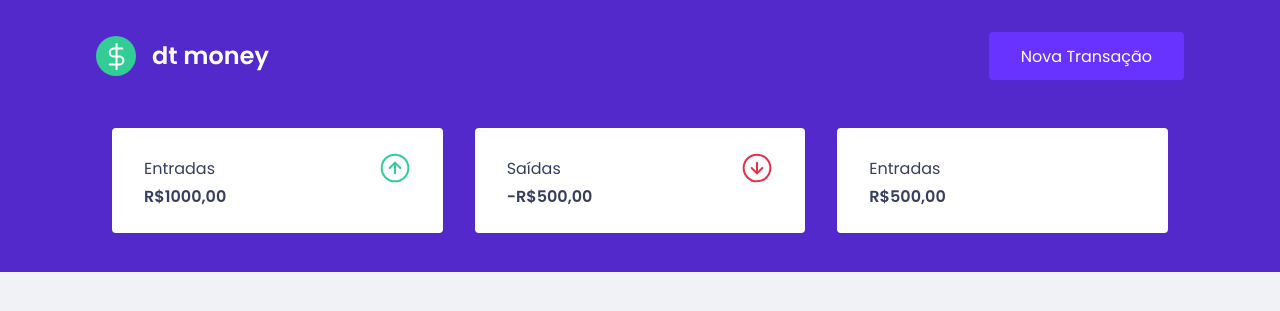
Repository: FreitasGabriel/dtmoney
Page: /
These files come from the project's save history. The page is drawn as it stood at one moment and after the next save; the edit follows.
The browser window is 1280 px wide. The pictures show the whole page.
The project was rebuilt for these pictures with package versions that can differ from the ones it lists, and the page was loaded fresh each time.

Above is the page before, as saved 2021-03-15 21:12:03.

### public/index.html
<!DOCTYPE html>
<html lang="en">

<head>
    <link rel="preconnect" href="https://fonts.gstatic.com">
    <meta charset="UTF-8">
    <meta name="viewport" content="width=device-width, initial-scale=1.0">
    <link rel="shortcut icon" href="favicon.png" type="image/png">
    <link href="https://fonts.googleapis.com/css2?family=Poppins:wght@400;600&display=swap" rel="stylesheet">
    <title>DT Money</title>
</head>

<body>
    <div id="root"></div>
</body>

</html>

### src/App.tsx
import { Dashboard } from "./components/Dashboard";
import { Header } from "./components/Header";
import { GlobalStyle } from "./styles/global"

export default function App() {
  return (
    <>
      <Header />
      <Dashboard />
      <GlobalStyle />
    </>
  );
}

### src/components/Dashboard/index.tsx
import { Summary } from '../Summary'
import { Container } from './styles'

export function Dashboard() {
    return (
        <Container>
            <Summary />
        </Container>
    )
}

### src/components/Header/index.tsx
import logoImg from "../../assets/logo.svg"
import { Container, Content } from "./styles"

export function Header() {
    return (
        <Container>
            <Content>
                <img src={logoImg} alt="dt money" />
                <button type="button">
                    Nova Transação
                </button>
            </Content>
        </Container>
    )
}

### src/styles/global.ts
import { createGlobalStyle } from 'styled-components'

export const GlobalStyle = createGlobalStyle`

    :root {
        --background: #F0F2F5;
        --shape: #FFFFFF;

        --red: #E52E4D;
        --blue: #5429CC;

        --blue-light: #6933FF;
        --text-title: #363F5F;
        --text-body: #969CB3;

    }

    * {
        margin: 0;
        padding: 0;
        box-sizing: border-box;
    }

    //font-size: 16px - padrão(Desktop)
    html {
        @media(max-width: 1080px){
            font-size: 93.75%; // Vai fazer com que o font-size tenha 15px
        }

        @media(max-width: 720px){
            font-size: 87.5%; // Vai fazer com que o font-size tenha 14px
        }
    }

    // REM = 1rem = font-size padrão da página.

    body {
        background: var(--background);
        -webkit-font-smoothing: antialiased;
    }

    body, input, textarea, button {
        font-family: 'Poppins', sans-serif;
        font-weight: 400;
    }

    h1, h2, h3, h4, h5, h6, strong{
        font-weight: 600;
    }

    button {
        cursor: pointer;
    }

    [disabled] {
        opacity: 0.6;
        cursor: not-allowed;
    }


`

### src/components/Summary/index.tsx
import incomeImg from '../../assets/income.svg'
import outcomeImg from '../../assets/outcome.svg'
import totalImg from '../../assets/total.svg'

import { Container } from './styles'

export function Summary() {
    return (
        <Container>
            <div>
                <header>
                    <p>Entradas</p>
                    <img src={incomeImg} alt="Entradas" />
                </header>
                <strong>R$1000,00</strong>
            </div>
            <div>
                <header>
                    <p>Saídas</p>
                    <img src={outcomeImg} alt="Saídas" />
                </header>
                <strong>-R$500,00</strong>
            </div>
            <div>
                <header>
                    <p>Entradas</p>
                    <img src={totalImg} alt="Total" />
                </header>
                <strong>R$500,00</strong>
            </div>
        </Container>
    )
}

### src/components/Dashboard/styles.ts
import styled from 'styled-components'

export const Container = styled.main`
    max-width: 1120px;
    margin: 0 auto;
    padding: 1rem 2rem;
`

### src/components/Header/styles.ts
import styled from 'styled-components'

export const Container = styled.header`
    background: var(--blue);
`

export const Content = styled.div`
    max-width: 1120px;
    margin: 0 auto;

    padding: 2rem 1rem 12rem;
    display: flex;
    align-items: center;
    justify-content: space-between;

    button{
        font-size: 1rem;
        color: var(--shape);
        background: var(--blue-light);
        border: 0;
        padding: 0 2rem;
        border-radius: 0.25rem;
        height: 3rem;

        transition: filter 0.2s;

        &:hover{
            filter: brightness(0.9);
        }
    }


`

### src/components/Summary/styles.ts
import styled from 'styled-components'

export const Container = styled.div`
    display: grid;
    grid-template-columns: repeat(3, 1fr);
    gap: 2rem;
    margin-top: -10rem;

    div {
        background: var(--shape);
        padding: 1.5rem 2rem;
        border-radius: 0.25rem;
        color: var(--text-title);

        header {
            display: flex;
            align-items: center;
            justify-content: space-between;
        }
    }
`

Loaded but not shown: src/index.tsx (common file)

After the next save:
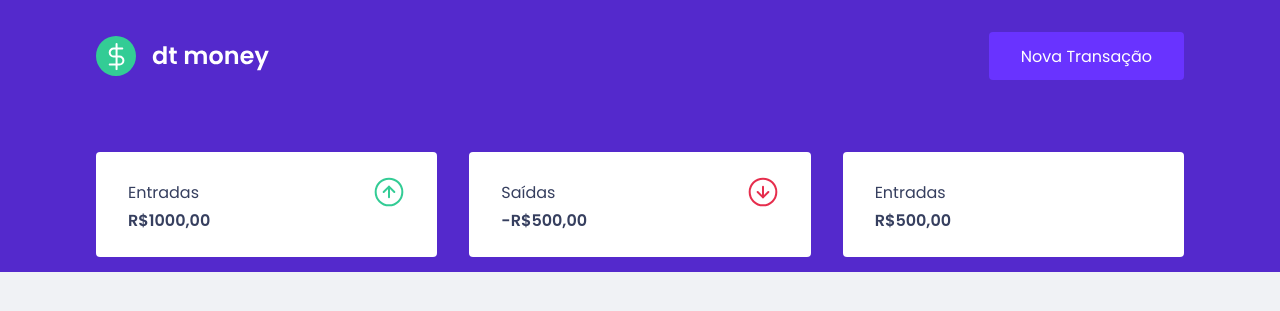
Saved 33 s later.
--- a/src/components/Dashboard/styles.ts
+++ b/src/components/Dashboard/styles.ts
@@ -3,5 +3,5 @@ import styled from 'styled-components'
 export const Container = styled.main`
     max-width: 1120px;
     margin: 0 auto;
-    padding: 1rem 2rem;
+    padding: 2.5rem 1rem;
 `
